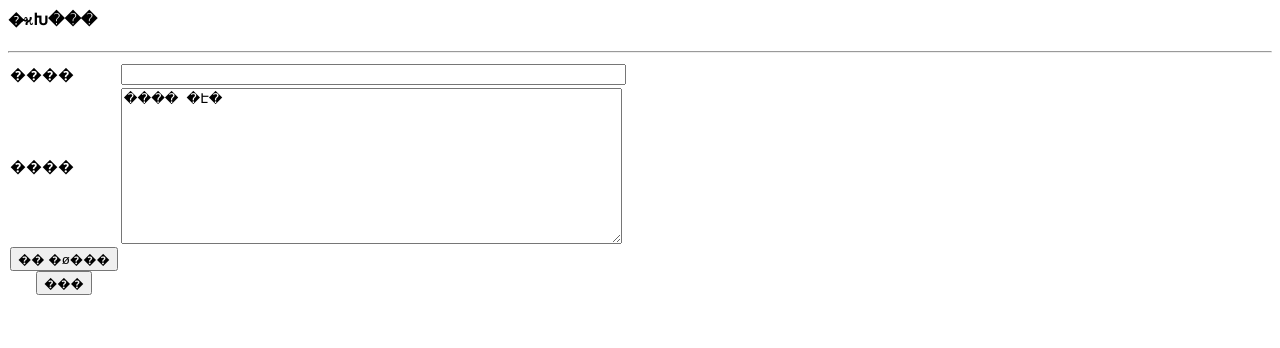
Repository: 2ujin/2018-PHP-afterschool
Page: http://localhost/CH06/ch06_05.php
An editor plug-in stored every save of this project. The page is shown before and after the next save, followed by the edit.
The browser window is 1280 px wide. The pictures show the whole page.
The page is run by PHP 8.4 with error messages shown; the project is at /var/www/html/.

Above is the page before, as saved 2018-07-31 01:08:11.

After the next save:
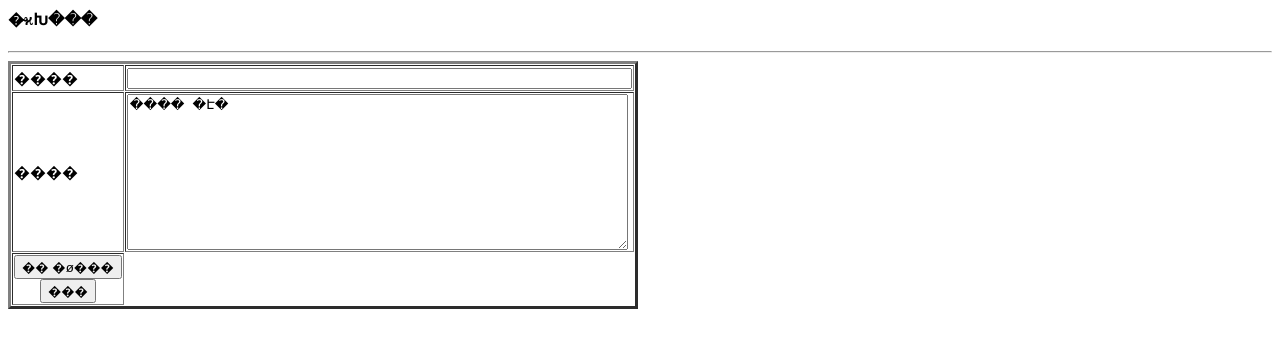
Saved 93 s later.
--- a/PHPStudy/CH06/ch06_05.php
+++ b/PHPStudy/CH06/ch06_05.php
@@ -1,6 +1,6 @@
 <html>
 <h4>미니게시판</h4><hr>
-<table width = "60" cellspacing="1" cellpaddding="4">
+<table border = "3" width = "60" cellspacing="1" cellpaddding="4">
 <tr><td>제목</td><td><input type = text size = 60 id = title></input></td></tr>
 <tr><td valign = "middle">내용</td><td><textarea name = "content" cols = "60" rows = "10">내용 입력</textarea></td></tr>
 <tr><td align = "center"><input type = "submit" value = "글 올리기" id = "submit"><input type="submit" value = "취소" id = "cancel"></td></tr>
